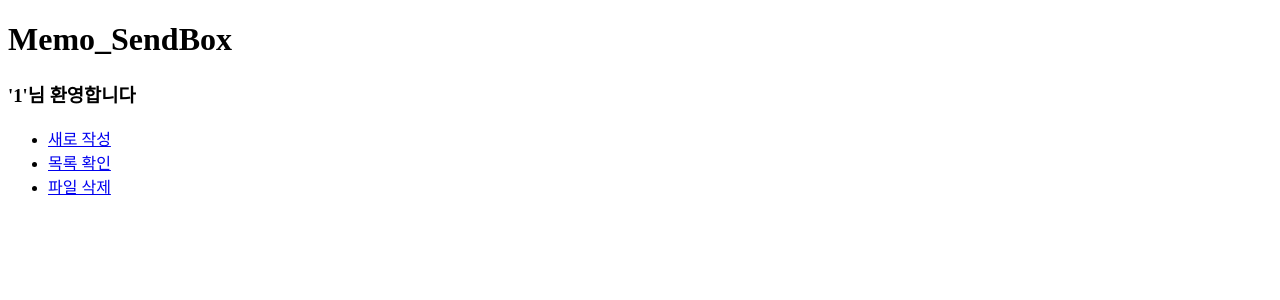
Repository: Rysdne/01_Java
Page: http://localhost/WildcatTest/
These files come from the project's save history. The page is drawn as it stood at one moment and after the next save; the edit follows.
The browser window is 1280 px wide. The pictures show the whole page.
The page is served by Tomcat 9. The session is filled in as if someone had signed in: {"id": 1}. Queries for data that is not in the repository find no rows.

Above is the page before, as saved 2022-07-14 07:39:00.

### WildcatTest/src/main/webapp/index.jsp
<%@ page language="java" contentType="text/html; charset=UTF-8"
	pageEncoding="UTF-8"%>
<%@ page import="java.sql.*"%>
<!DOCTYPE html>
<html>
<head>
<meta charset="UTF-8">
<title>Insert title here</title>
</head>
<body>
	<%
	if (session.getAttribute("id") != null) {

		Class.forName("oracle.jdbc.driver.OracleDriver");
		Connection conn = DriverManager.getConnection("jdbc:oracle:thin:@localhost:1521:xe", "rysdne", "3882");
		PreparedStatement pstmt;

		String sql = "select table_name from all_tables where table_name='WILDCATTEST'";
		pstmt = conn.prepareStatement(sql);
		ResultSet ex = pstmt.executeQuery();
		if (!ex.next()) {
			sql = "create table WildcatTest(idx number(14) primary key, id varchar2(50) not null, title varchar2(100) unique not null, cdate varchar2(10) not null, ctime varchar2(8) not null)";
			pstmt = conn.prepareStatement(sql);
			ResultSet rs = pstmt.executeQuery();

			System.out.println("WildcatTest 생성");
		} else {
		}

		pstmt.close();
		conn.close();
	%>
	<h1>Memo_SendBox</h1>
	<h3>'<%=session.getAttribute("id")%>'님 환영합니다</h3>
	<ul>
		<li><a href="/WildcatTest/io/create.jsp">새로 작성</a></li>
		<li><a href="/WildcatTest/list/listAll.jsp">목록 확인</a></li>
		<li><a href="/WildcatTest/io/delete.jsp">파일 삭제</a></li>
	</ul>
	<%
	} else {
	response.sendRedirect("login/login.jsp");
	}
	%>
</body>
</html>

After the next save:
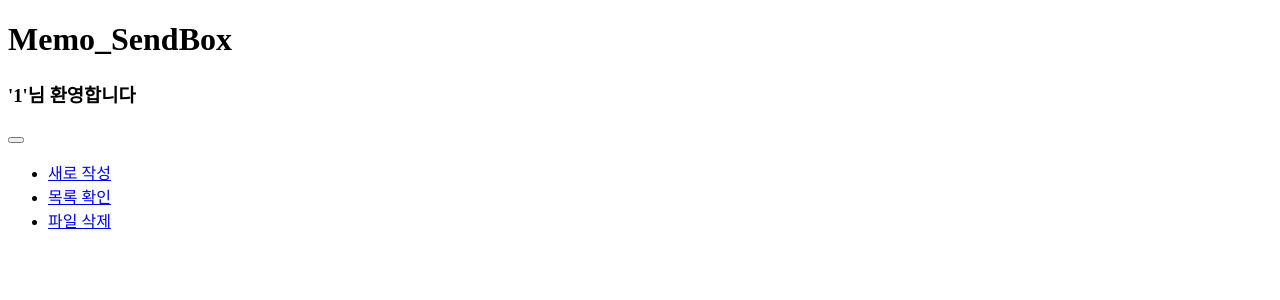
Console error (its wording comes from the project's code and is left out).
Saved 14 min 6 s later.
--- a/WildcatTest/src/main/webapp/index.jsp
+++ b/WildcatTest/src/main/webapp/index.jsp
@@ -32,6 +32,7 @@
 	%>
 	<h1>Memo_SendBox</h1>
 	<h3>'<%=session.getAttribute("id")%>'님 환영합니다</h3>
+	<button onclick="/WildcatTest/login/logout.jsp"></button>
 	<ul>
 		<li><a href="/WildcatTest/io/create.jsp">새로 작성</a></li>
 		<li><a href="/WildcatTest/list/listAll.jsp">목록 확인</a></li>
